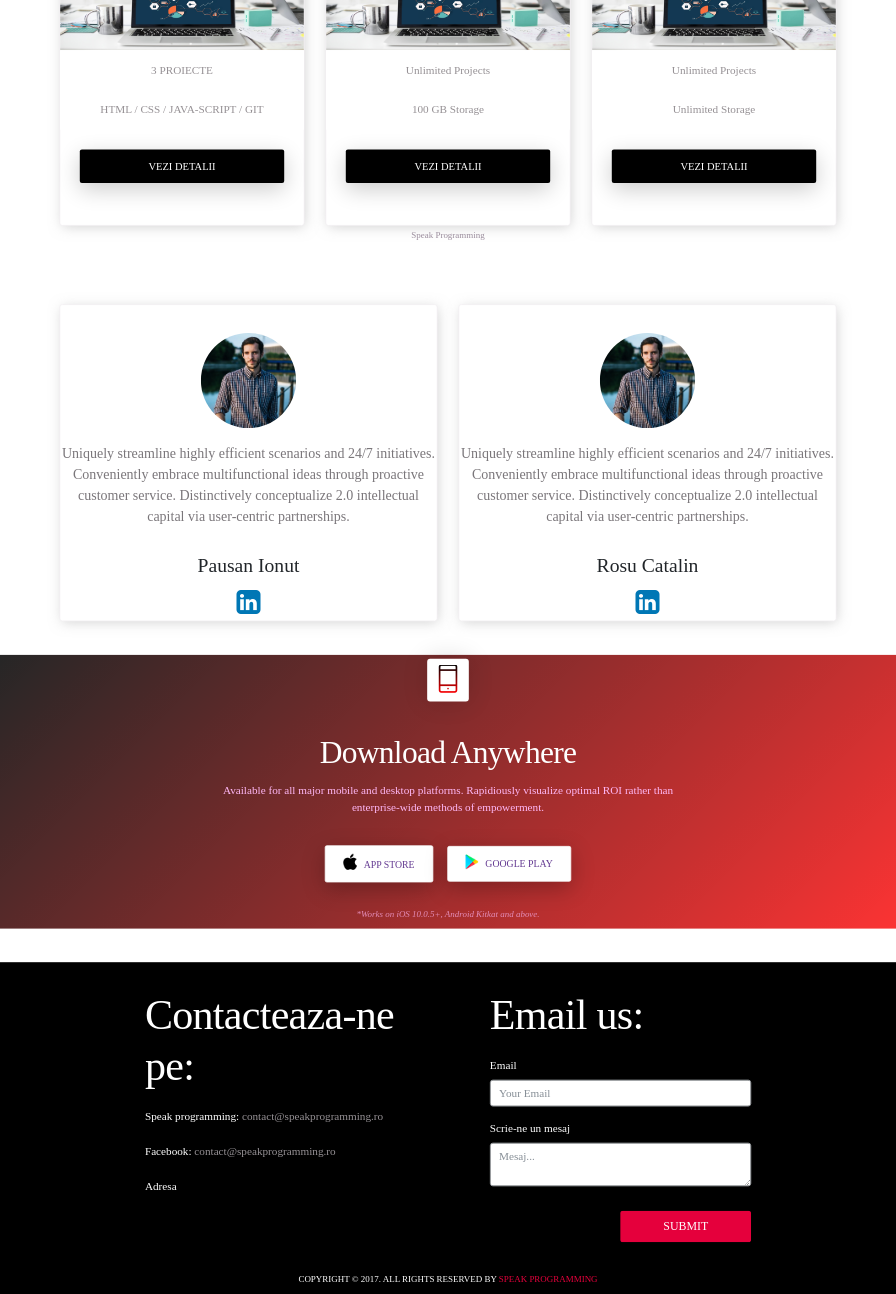
Repository: RosuCatalinDorin/ITSchool
Page: home-page/index.html
An editor plug-in stored every save of this project. The page is shown before and after the next save, followed by the edit.
The browser window is 1280 px wide. The pictures show the part of the page from y = 1032 to 2952 px (the page is 2880 px tall before and 2952 px after), at 70% of full size.
Some web libraries are served in a nearby version.

Above is the page before, as saved 2019-03-13 18:45:42.

After the next save:
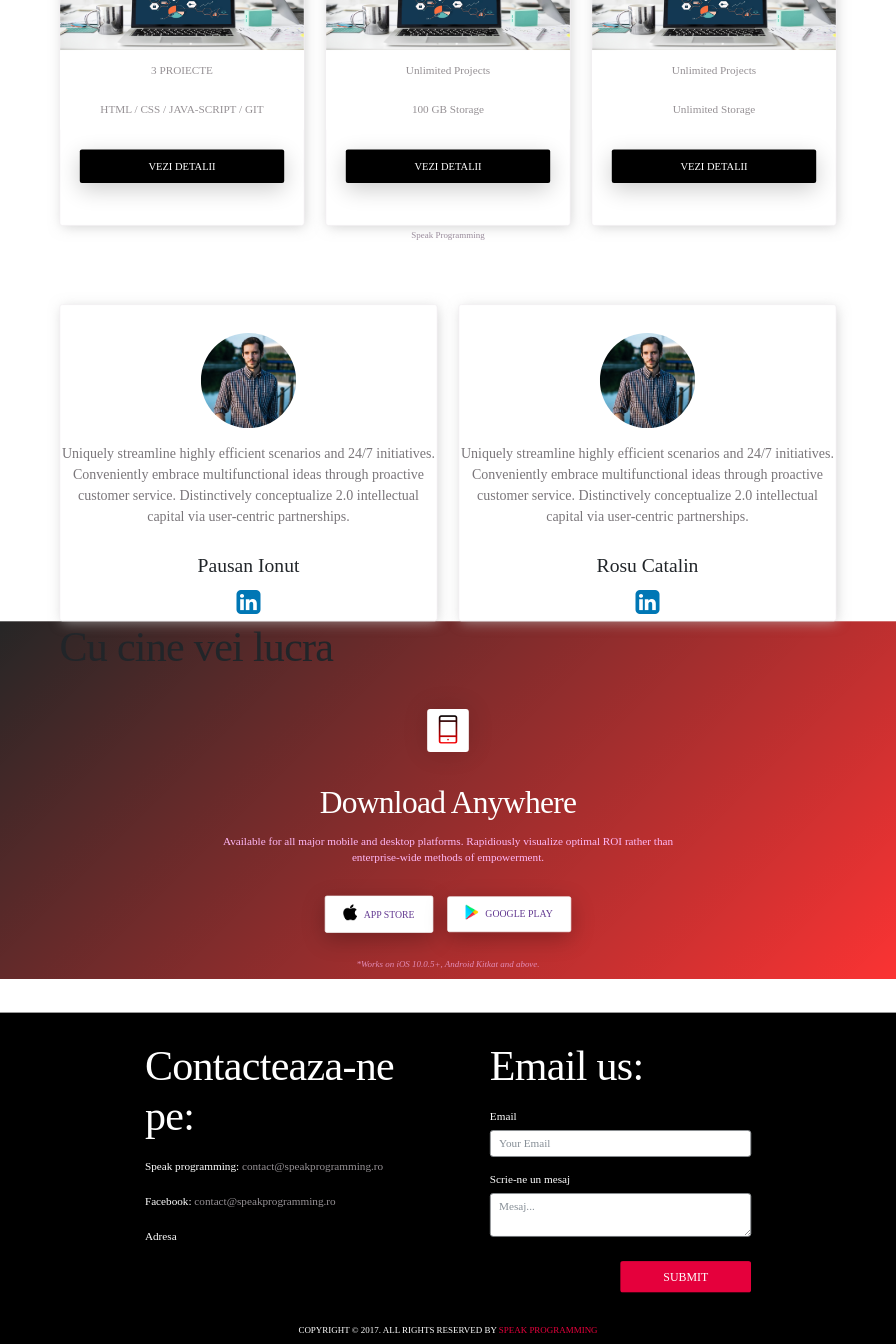
Saved 38 s later.
--- a/home-page/index.html
+++ b/home-page/index.html
@@ -171,8 +171,8 @@
 
     <div class="section bg-gradient" id ="aboutUS">
         <div class="container">
+            <h1>Cu cine vei lucra</h1>
             <div class="call-to-action">
-
                 <div class="box-icon"><span class="ti-mobile gradient-fill ti-3x"></span></div>
                 <h2>Download Anywhere</h2>
                 <p class="tagline">Available for all major mobile and desktop platforms. Rapidiously visualize optimal ROI rather than enterprise-wide methods of empowerment. </p>

After the save that followed:
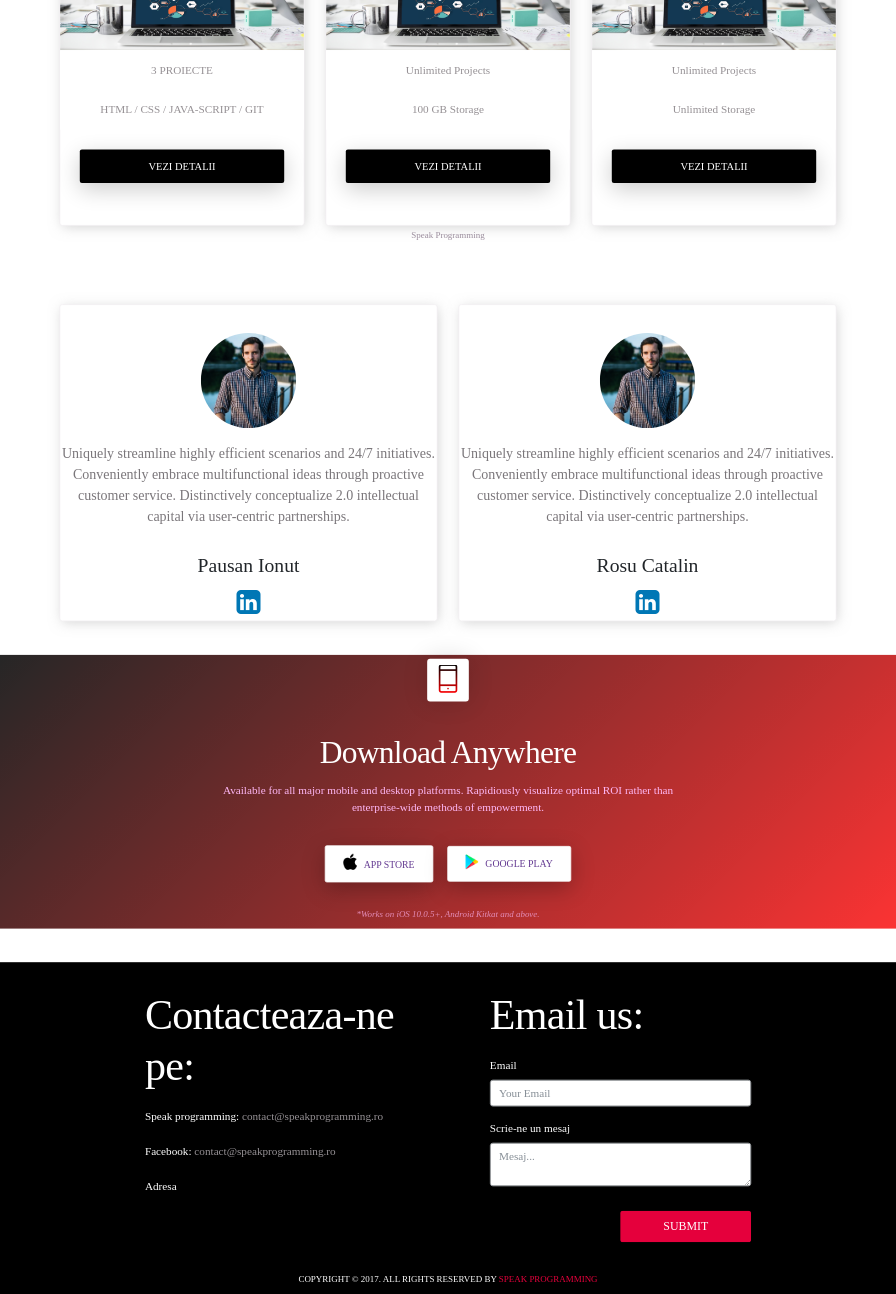
Saved 10 s later.
--- a/home-page/index.html
+++ b/home-page/index.html
@@ -171,7 +171,6 @@
 
     <div class="section bg-gradient" id ="aboutUS">
         <div class="container">
-            <h1>Cu cine vei lucra</h1>
             <div class="call-to-action">
                 <div class="box-icon"><span class="ti-mobile gradient-fill ti-3x"></span></div>
                 <h2>Download Anywhere</h2>
